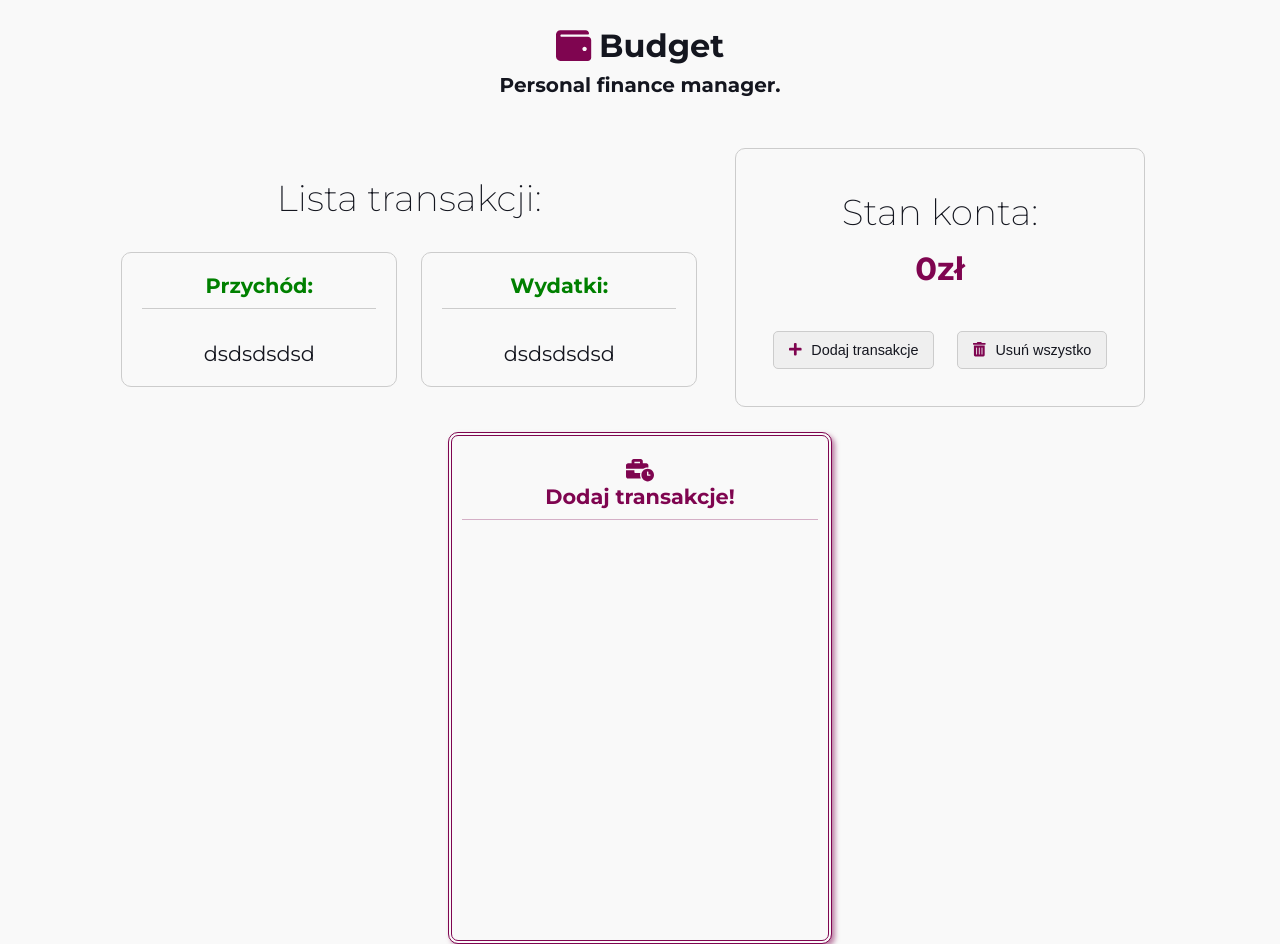
Repository: KrzysKolo/sr_tydzien4_zad4
Page: /
An editor plug-in stored every save of this project. The page is shown before and after the next save, followed by the edit.
The browser window is 1280 px wide. The pictures show the whole page.
Some web libraries are served in a nearby version. The project was rebuilt for these pictures with package versions that can differ from the ones it lists, and the page was loaded fresh each time.

Above is the page before, as saved 2020-11-30 10:47:52.

After the next save:
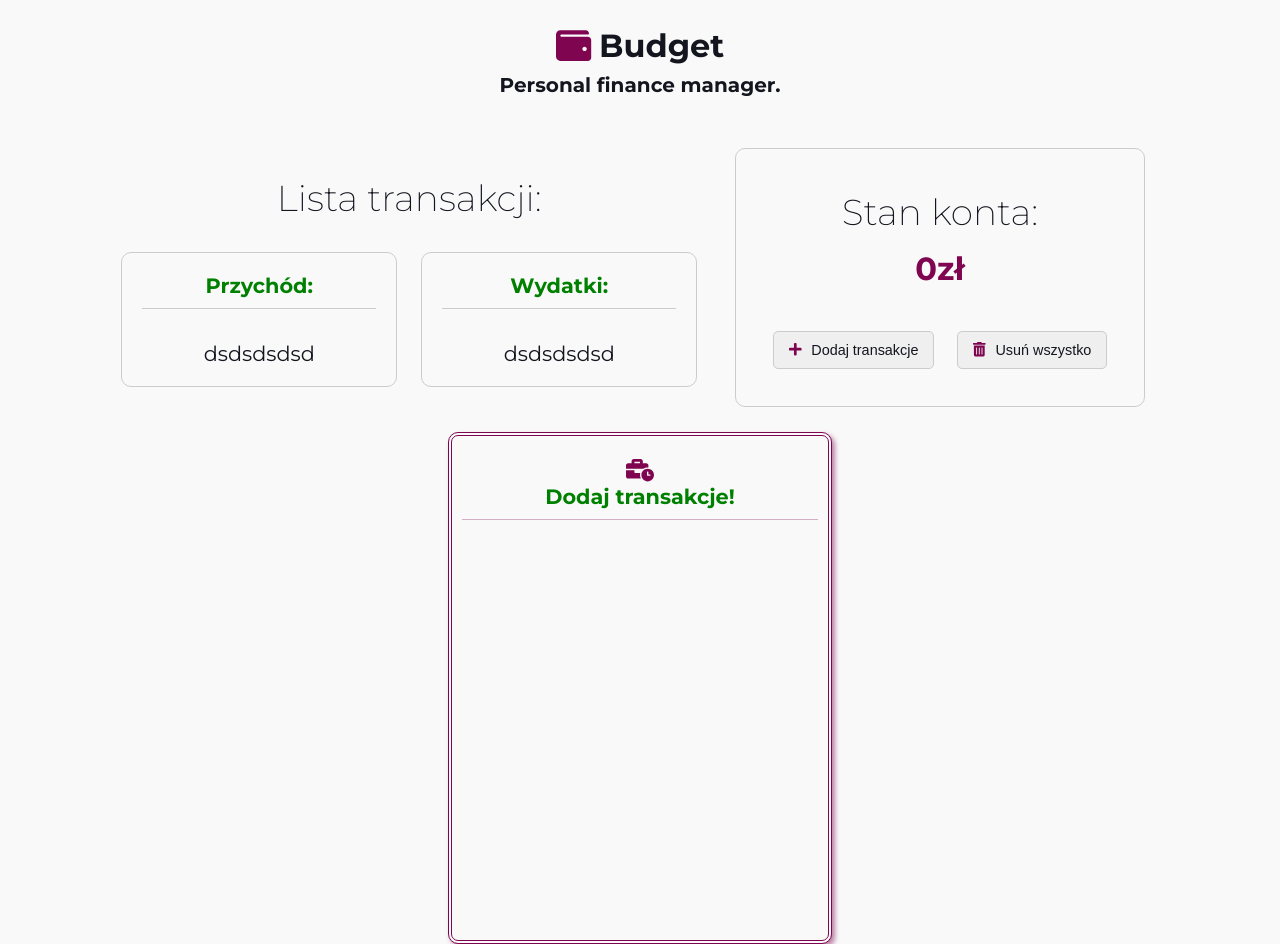
Saved 28 s later.
--- a/src/components/budgetComponents/formComponents/Header.js
+++ b/src/components/budgetComponents/formComponents/Header.js
@@ -9,6 +9,7 @@ const TitleH1 = styled.h1`
     text-align: center;
 `;
 const TitleDiv = styled.div`
+    color: green;
     font-family: "Montserrat", sans-serif;
     font-size: 1.3rem;
     font-weight: 600;
